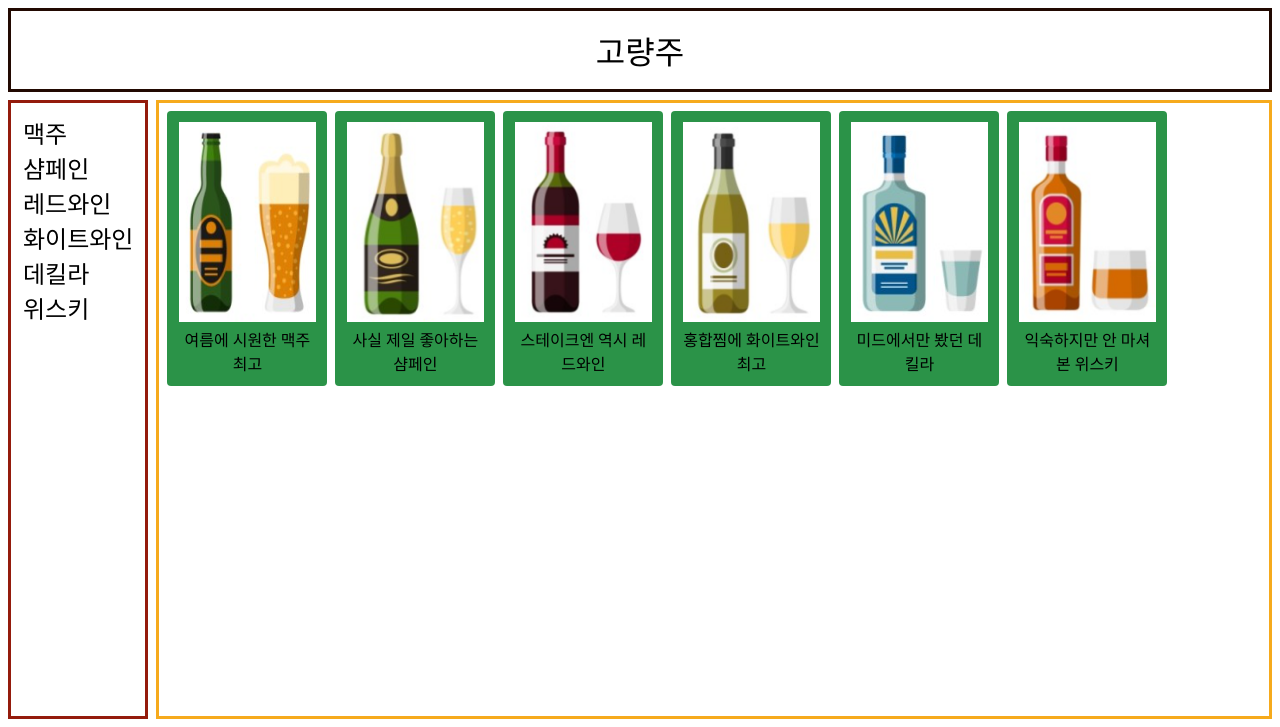
Repository: Jay-JYKim91/grj_2nd_week
Page: index.html
The author's editor kept a copy of each file at every save. The page is drawn from the files as they stood at one save, then again after the next save.
The browser window is 1280 px wide. The pictures show the whole page.
Some web fonts or font styles are not loaded; a fallback is used.

Above is the page before, as saved 2022-05-03 15:09:21.

After the next save:
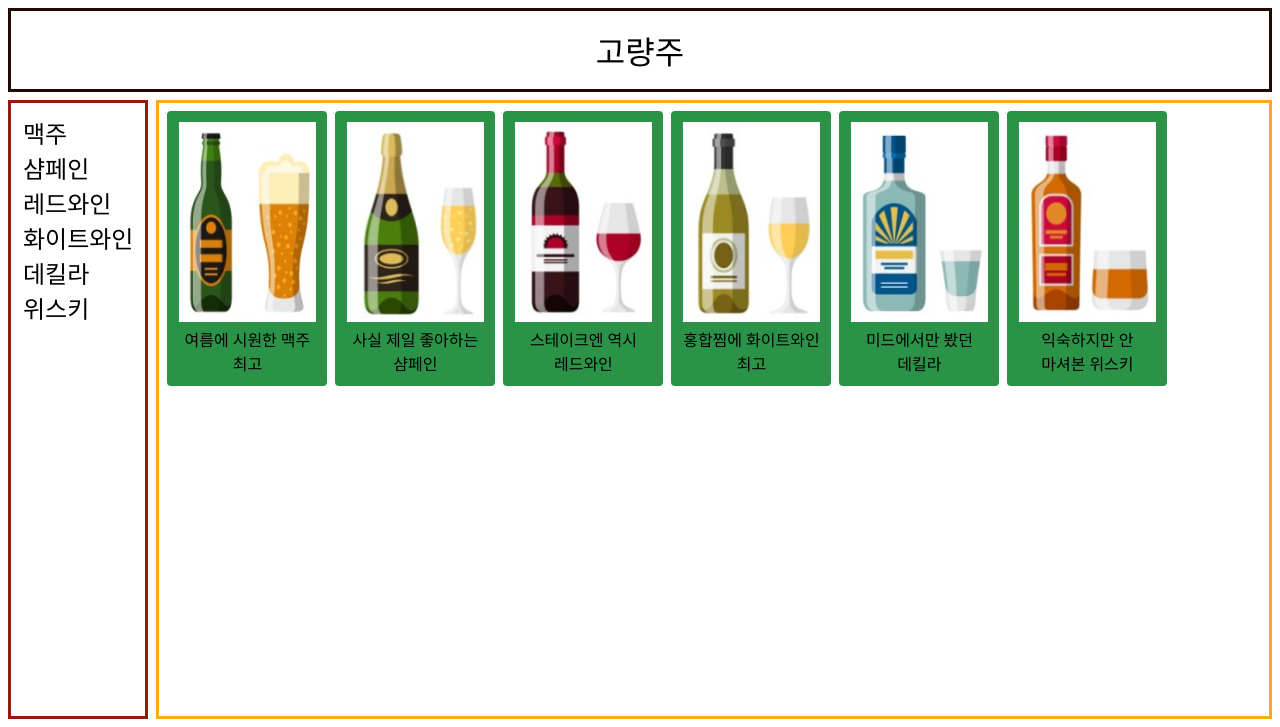
Saved 15 s later.
--- a/styles.css
+++ b/styles.css
@@ -44,6 +44,7 @@ aside {
   background-color: #2b9348;
   padding: 0.7em;
   text-align: center;
+  word-break: keep-all;
   height: fit-content;
   border-radius: 4px;
   width: 10rem;
